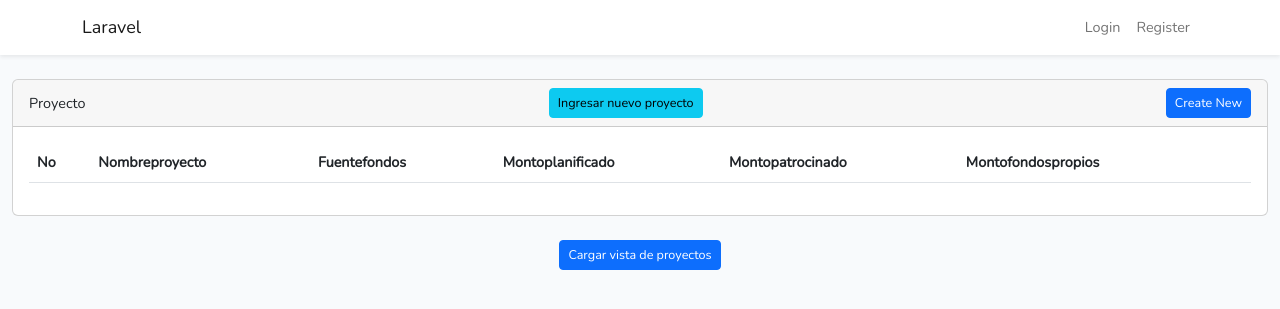
Repository: Hellcat98/Practica_laravel_alfredo
Page: http://localhost/proyecto
These files come from the project's save history. The page is drawn as it stood at one moment and after the next save; the edit follows.
The browser window is 1280 px wide. The pictures show the whole page.
The page is served by the project's Laravel application, run on PHP 8.4 with Laravel 10. Other server files are loaded and not shown. Style sheets and scripts are compiled from the project's sources, by tool versions that may differ from the author's. Queries for data that is not in the repository find no rows.

Above is the page before, as saved 2023-06-11 17:40:29.

### routes/web.php
<?php

use App\Http\Controllers\ProyectoController;
use Illuminate\Support\Facades\Route;

/*
|--------------------------------------------------------------------------
| Web Routes
|--------------------------------------------------------------------------
|
| Here is where you can register web routes for your application. These
| routes are loaded by the RouteServiceProvider and all of them will
| be assigned to the "web" middleware group. Make something great!
|
*/

Route::get('/', function () {
    return view('welcome');
});

Route::resource('proyecto',ProyectoController::class);

Auth::routes();

Route::get('/home', [App\Http\Controllers\HomeController::class, 'index'])->name('home');

Route::get('/descargar-pdf', 'App\Http\Controllers\proyecto_pdf@generar_pdf')->name('descargar-pdf');

### app/Http/Controllers/ProyectoController.php
<?php

namespace App\Http\Controllers;

use App\Models\Proyecto;
use Illuminate\Http\Request;

/**
 * Class ProyectoController
 * @package App\Http\Controllers
 */
class ProyectoController extends Controller
{
    /**
     * Display a listing of the resource.
     *
     * @return \Illuminate\Http\Response
     */
    public function index()
    {
        $proyectos = Proyecto::paginate();

        return view('proyecto.index', compact('proyectos'))
            ->with('i', (request()->input('page', 1) - 1) * $proyectos->perPage());
    }

    /**
     * Show the form for creating a new resource.
     *
     * @return \Illuminate\Http\Response
     */
    public function create()
    {
        $proyecto = new Proyecto();
        return view('proyecto.create', compact('proyecto'));
    }

    /**
     * Store a newly created resource in storage.
     *
     * @param  \Illuminate\Http\Request $request
     * @return \Illuminate\Http\Response
     */
    public function store(Request $request)
    {
        request()->validate(Proyecto::$rules);

        $proyecto = Proyecto::create($request->all());

        return redirect()->route('proyecto.index')
            ->with('success', 'Proyecto created successfully.');
    }

    /**
     * Display the specified resource.
     *
     * @param  int $id
     * @return \Illuminate\Http\Response
     */
    public function show($id)
    {
        $proyecto = Proyecto::find($id);

        return view('proyecto.show', compact('proyecto'));
    }

    /**
     * Show the form for editing the specified resource.
     *
     * @param  int $id
     * @return \Illuminate\Http\Response
     */
    public function edit($id)
    {
        $proyecto = Proyecto::find($id);

        return view('proyecto.edit', compact('proyecto'));
    }

    /**
     * Update the specified resource in storage.
     *
     * @param  \Illuminate\Http\Request $request
     * @param  Proyecto $proyecto
     * @return \Illuminate\Http\Response
     */
    public function update(Request $request, Proyecto $proyecto)
    {
        request()->validate(Proyecto::$rules);

        $proyecto->update($request->all());

        return redirect()->route('proyecto.index')
            ->with('success', 'Proyecto updated successfully');
    }

    /**
     * @param int $id
     * @return \Illuminate\Http\RedirectResponse
     * @throws \Exception
     */
    public function destroy($id)
    {
        $proyecto = Proyecto::find($id)->delete();

        return redirect()->route('proyecto.index')
            ->with('success', 'Proyecto deleted successfully');
    }
}

### app/Models/Proyecto.php
<?php

namespace App\Models;

use Illuminate\Database\Eloquent\Model;

/**
 * Class Proyecto
 *
 * @property $id
 * @property $NombreProyecto
 * @property $fuenteFondos
 * @property $MontoPlanificado
 * @property $MontoPatrocinado
 * @property $MontoFondosPropios
 *
 * @package App
 * @mixin \Illuminate\Database\Eloquent\Builder
 */
class Proyecto extends Model
{

    static $rules = [
		'NombreProyecto' => 'required',
		'fuenteFondos' => 'required',
		'MontoPlanificado' => 'required',
		'MontoPatrocinado' => 'required',
		'MontoFondosPropios' => 'required',
    ];

    protected $perPage = 20;

    /**
     * Attributes that should be mass-assignable.
     *
     * @var array
     */
    protected $fillable = ['NombreProyecto','fuenteFondos','MontoPlanificado','MontoPatrocinado','MontoFondosPropios'];



}

### resources/views/proyecto/index.blade.php
@extends('layouts.app')

@section('template_title')
    Proyecto
@endsection

@section('content')
    <div class="container-fluid">
        <div class="row">
            <div class="col-sm-12">
                <div class="card">
                    <div class="card-header">
                        <div style="display: flex; justify-content: space-between; align-items: center;">

                            <span id="card_title">
                                {{ __('Proyecto') }}
                            </span>

                             <div class="float-right">
                                <a href="{{ route('descargar-pdf') }}" class="btn btn-info btn-sm float-right"  data-placement="left">
                                  {{ __('Ingresar nuevo proyecto') }}
                                </a>
                              </div>
                              <div class="float-right">
                                <a href="{{ route('proyecto.create') }}" class="btn btn-primary btn-sm float-right"  data-placement="left">
                                  {{ __('Create New') }}
                                </a>
                              </div>

                        </div>


                    </div>
                    @if ($message = Session::get('success'))
                        <div class="alert alert-success">
                            <p>{{ $message }}</p>
                        </div>
                    @endif

                    <div class="card-body">
                        <div class="table-responsive">
                            <table class="table table-striped table-hover">
                                <thead class="thead">
                                    <tr>
                                        <th>No</th>

										<th>Nombreproyecto</th>
										<th>Fuentefondos</th>
										<th>Montoplanificado</th>
										<th>Montopatrocinado</th>
										<th>Montofondospropios</th>

                                        <th></th>
                                    </tr>
                                </thead>
                                <tbody>
                                    @foreach ($proyectos as $proyecto)
                                        <tr>
                                            <td>{{ ++$i }}</td>

											<td>{{ $proyecto->NombreProyecto }}</td>
											<td>{{ $proyecto->fuenteFondos }}</td>
											<td>{{ $proyecto->MontoPlanificado }}</td>
											<td>{{ $proyecto->MontoPatrocinado }}</td>
											<td>{{ $proyecto->MontoFondosPropios }}</td>

                                            <td>
                                                <form action="{{ route('proyecto.destroy',$proyecto->id) }}" method="POST">
                                                    <a class="btn btn-sm btn-primary " href="{{ route('proyecto.show',$proyecto->id) }}"><i class="fa fa-fw fa-eye"></i> {{ __('Show') }}</a>
                                                    <a class="btn btn-sm btn-success" href="{{ route('proyecto.edit',$proyecto->id) }}"><i class="fa fa-fw fa-edit"></i> {{ __('Edit') }}</a>
                                                    @csrf
                                                    @method('DELETE')
                                                    <button type="submit" class="btn btn-danger btn-sm"><i class="fa fa-fw fa-trash"></i> {{ __('Delete') }}</button>
                                                </form>
                                            </td>
                                        </tr>
                                    @endforeach
                                </tbody>
                            </table>
                        </div>
                    </div>
                </div>
                {!! $proyectos->links() !!}
            </div>
        </div>
    </div>
@endsection

### resources/views/layouts/app.blade.php
<!doctype html>
<html lang="{{ str_replace('_', '-', app()->getLocale()) }}">
<head>
    <meta charset="utf-8">
    <meta name="viewport" content="width=device-width, initial-scale=1">

    <!-- CSRF Token -->
    <meta name="csrf-token" content="{{ csrf_token() }}">

    <title>{{ config('app.name', 'Practica Proyectos') }}</title>

    <!-- Fonts -->
    <link rel="dns-prefetch" href="//fonts.bunny.net">
    <link href="https://fonts.bunny.net/css?family=Nunito" rel="stylesheet">

    <!-- Scripts -->
    @vite(['resources/sass/app.scss', 'resources/js/app.js'])
</head>
<body>
    <div id="app">
        <nav class="navbar navbar-expand-md navbar-light bg-white shadow-sm">
            <div class="container">
                <a class="navbar-brand" href="{{ url('/') }}">
                    {{ config('app.name', 'Practica Proyectos') }}
                </a>
                <button class="navbar-toggler" type="button" data-bs-toggle="collapse" data-bs-target="#navbarSupportedContent" aria-controls="navbarSupportedContent" aria-expanded="false" aria-label="{{ __('Toggle navigation') }}">
                    <span class="navbar-toggler-icon"></span>
                </button>

                <div class="collapse navbar-collapse" id="navbarSupportedContent">
                    <!-- Left Side Of Navbar -->
                    <ul class="navbar-nav me-auto">


                    </ul>

                    <!-- Right Side Of Navbar -->
                    <ul class="navbar-nav ms-auto">
                        <!-- Authentication Links -->
                        @guest
                            @if (Route::has('login'))
                                <li class="nav-item">
                                    <a class="nav-link" href="{{ route('login') }}">{{ __('Login') }}</a>
                                </li>
                            @endif

                            @if (Route::has('register'))
                                <li class="nav-item">
                                    <a class="nav-link" href="{{ route('register') }}">{{ __('Register') }}</a>
                                </li>
                            @endif
                        @else
                            <li class="nav-item dropdown">
                                <a id="navbarDropdown" class="nav-link dropdown-toggle" href="#" role="button" data-bs-toggle="dropdown" aria-haspopup="true" aria-expanded="false" v-pre>
                                    {{ Auth::user()->name }}
                                </a>

                                <div class="dropdown-menu dropdown-menu-end" aria-labelledby="navbarDropdown">
                                    <a class="dropdown-item" href="{{ route('logout') }}"
                                       onclick="event.preventDefault();
                                                     document.getElementById('logout-form').submit();">
                                        {{ __('Logout') }}
                                    </a>

                                    <form id="logout-form" action="{{ route('logout') }}" method="POST" class="d-none">
                                        @csrf
                                    </form>
                                </div>
                            </li>
                        @endguest
                    </ul>
                </div>
            </div>
        </nav>

        <main class="py-4">
            @yield('content')
        </main>
    </div>

    <div class="float-right">
       <center> <a href="{{ route('proyecto.index') }}" class="btn btn-primary btn-sm float-right"  data-placement="left">
          {{ __('Cargar vista de proyectos') }}
        </a>
      </div></center>
</body>
</html>

Loaded but not shown: app/Http/Controllers/Auth/ConfirmPasswordController.php (common file); app/Http/Controllers/Controller.php (common file); resources/sass/app.scss (common file); resources/sass/_variables.scss (common file)

After the next save:
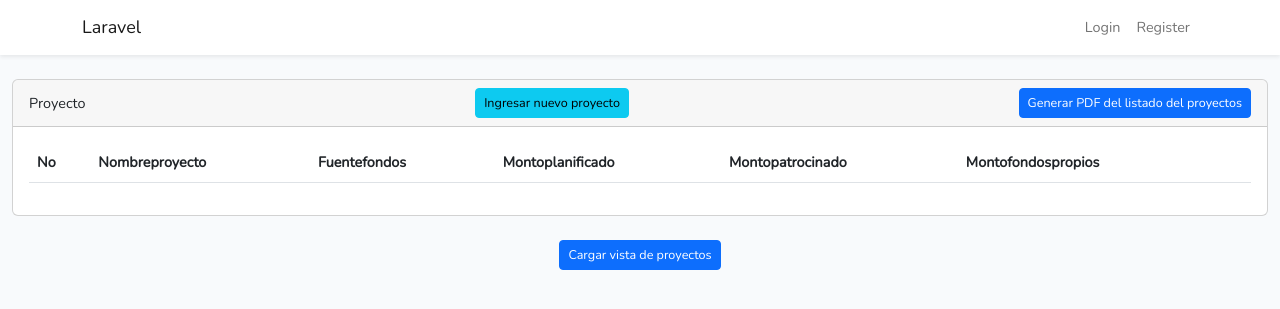
Saved 33 s later.
--- a/resources/views/proyecto/index.blade.php
+++ b/resources/views/proyecto/index.blade.php
@@ -23,7 +23,7 @@
                               </div>
                               <div class="float-right">
                                 <a href="{{ route('proyecto.create') }}" class="btn btn-primary btn-sm float-right"  data-placement="left">
-                                  {{ __('Create New') }}
+                                  {{ __('Generar PDF del listado del proyectos') }}
                                 </a>
                               </div>
 
